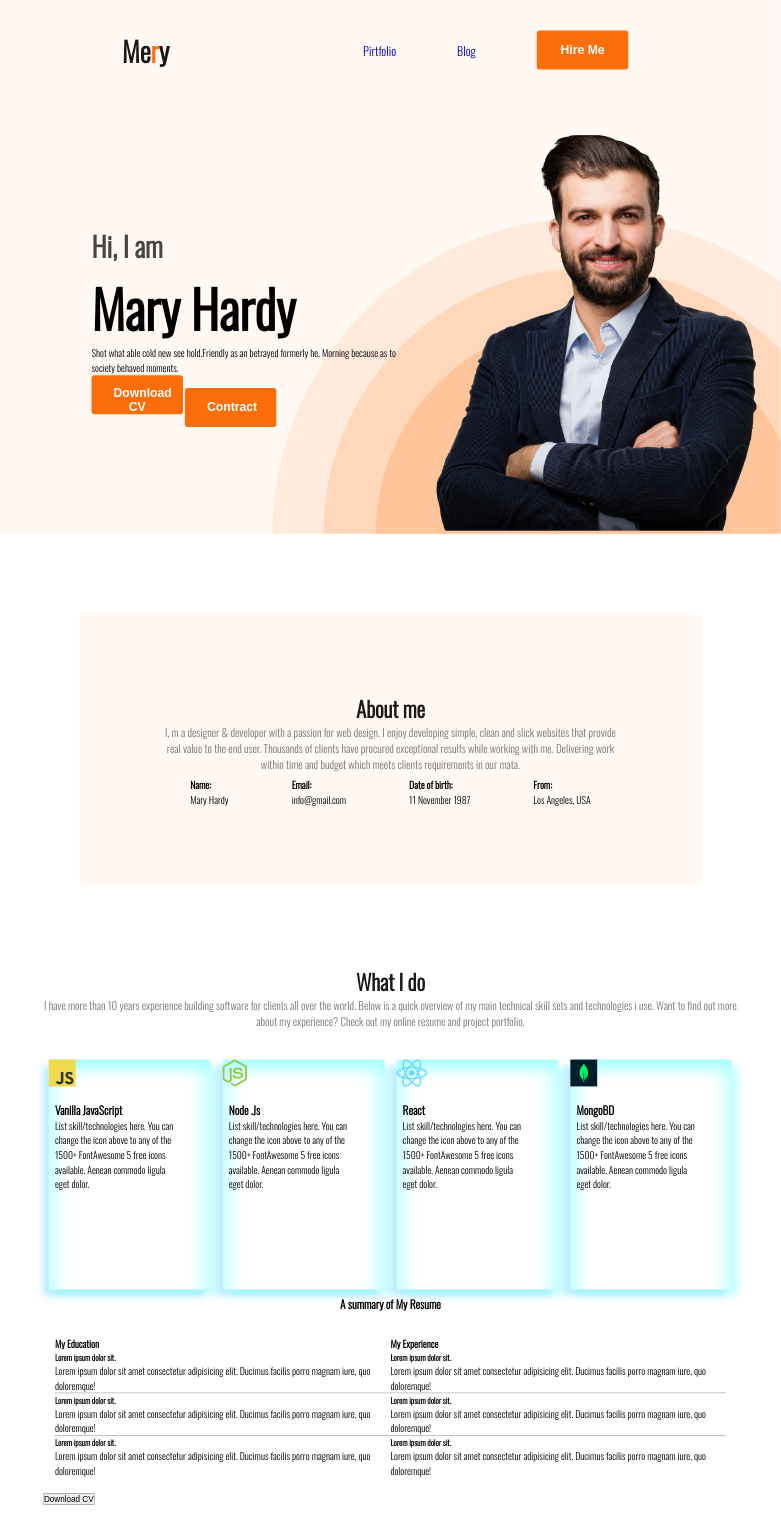
Repository: sumonkumarsarkar/my-website-personal
Page: index.html
The author's editor kept a copy of each file at every save. The page is drawn from the files as they stood at one save, then again after the next save.
The browser window is 1280 px wide. The pictures show the whole page, at 61% of full size.

Above is the page before, as saved 2024-01-06 16:50:08.

After the next save:
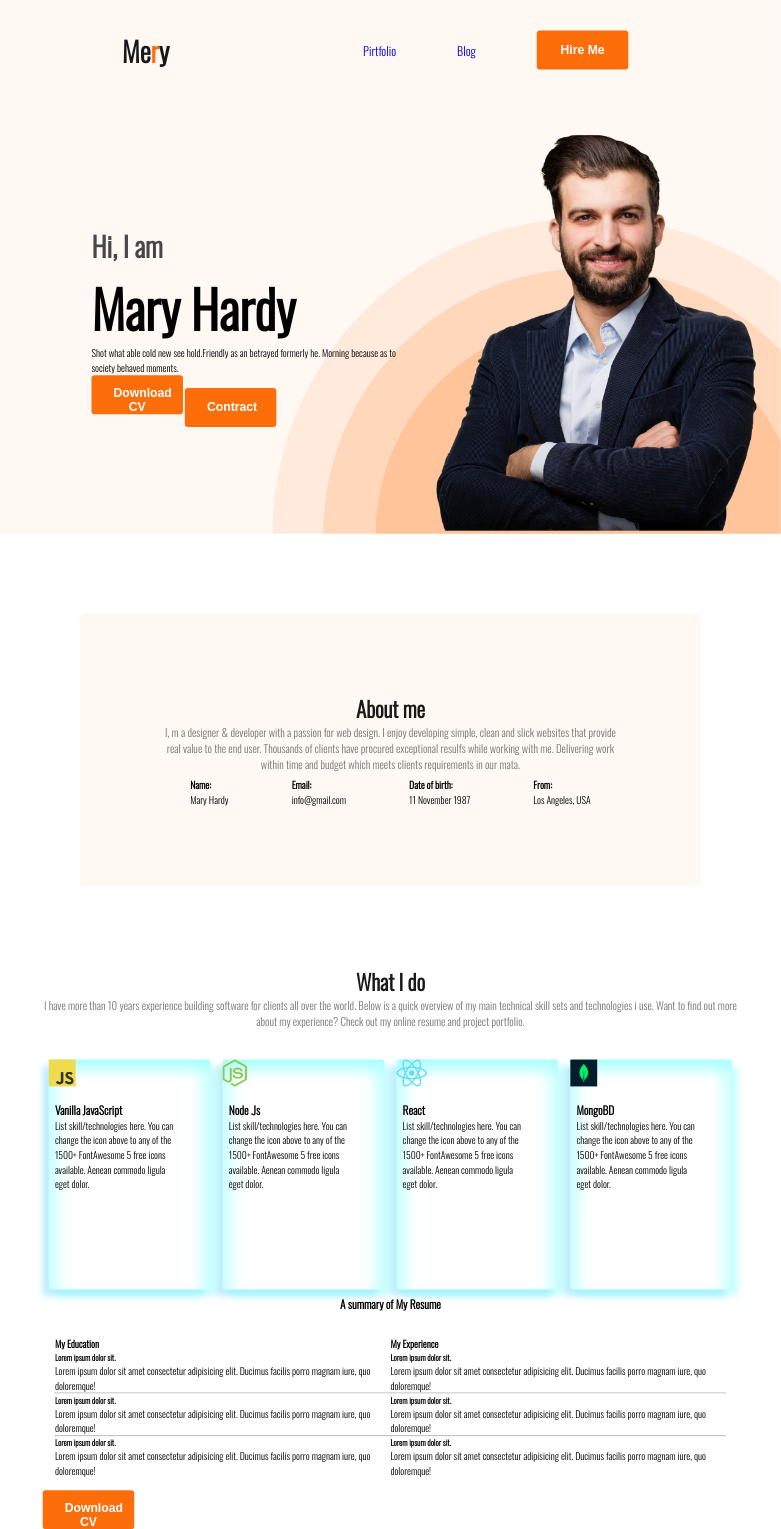
Saved 47 s later.
--- a/index.html
+++ b/index.html
@@ -176,8 +176,7 @@
 
 
 <!-- Education  start  -->
-
-<button type="button" class="summary-title">Download CV</button>
+<button type="button" class="btn-button">Download CV</button>
      </section>
 
 
